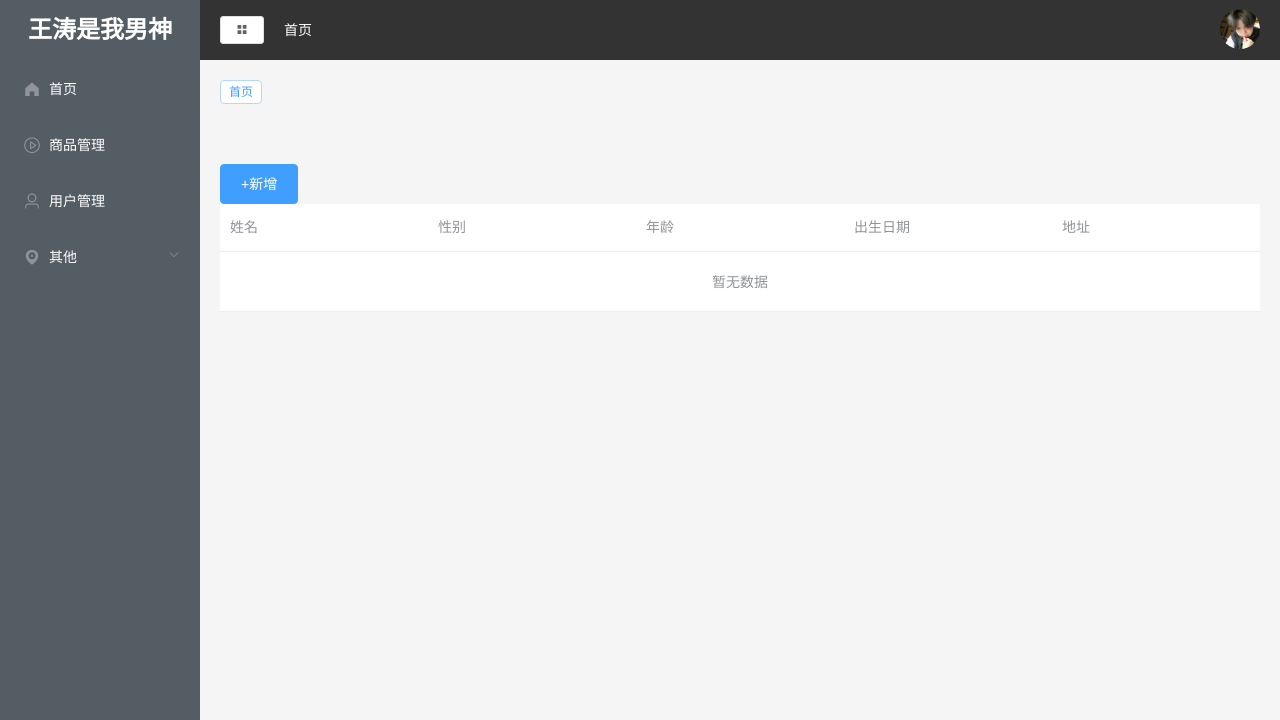
Repository: wangtao20230308/-
Page: /user
These files come from the project's save history. The page is drawn as it stood at one moment and after the next save; the edit follows.
The browser window is 1280 px wide. The pictures show the whole page.
An inner scrolling area shows only its first screen. The project was rebuilt for these pictures with package versions that can differ from the ones it lists, and the page was loaded fresh each time. Also part of the build but not shown: src/views/Home.vue, src/views/Mall.vue, src/views/PageOne.vue, src/views/PageTwo.vue.

Above is the page before, as saved 2023-03-24 15:09:57.

After the next save:
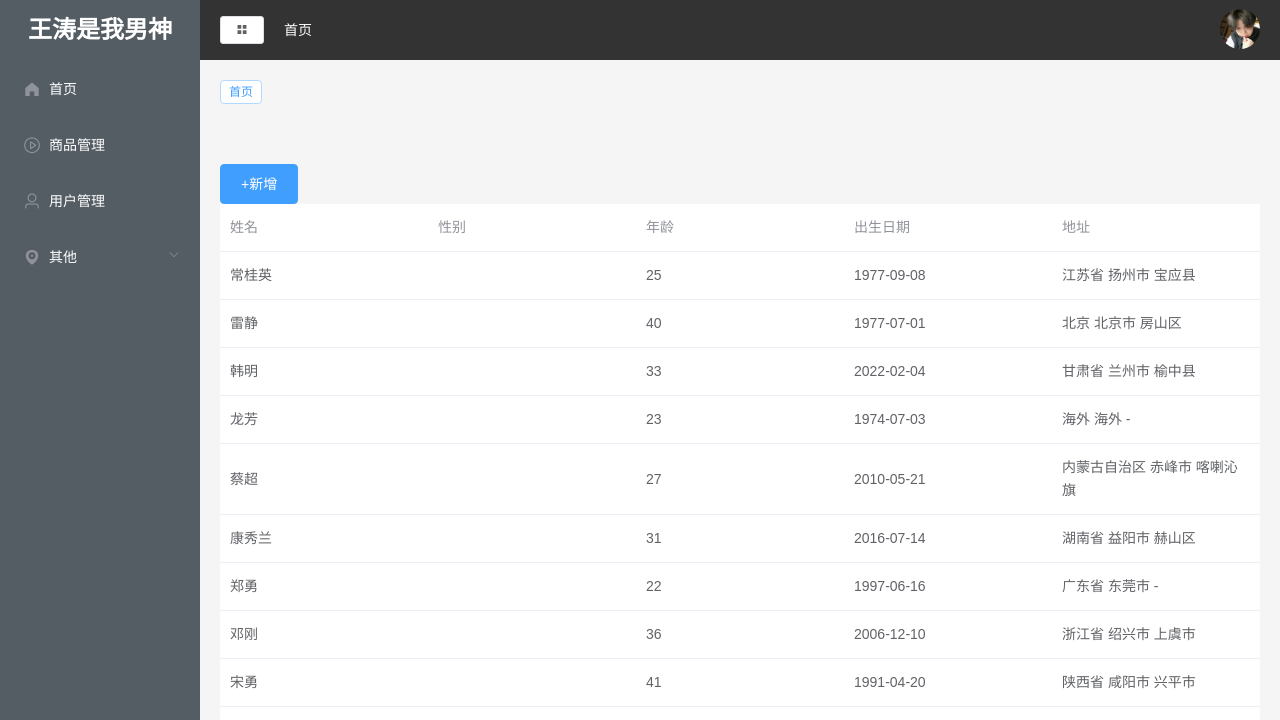
Saved 59 s later.
--- a/src/views/User.vue
+++ b/src/views/User.vue
@@ -97,6 +97,7 @@ export default {
     // 获取列表数据
     getUser().then(({ data }) => {
       console.log(data, 'data')
+      this.tableData = data.list
     })
   },
 }
